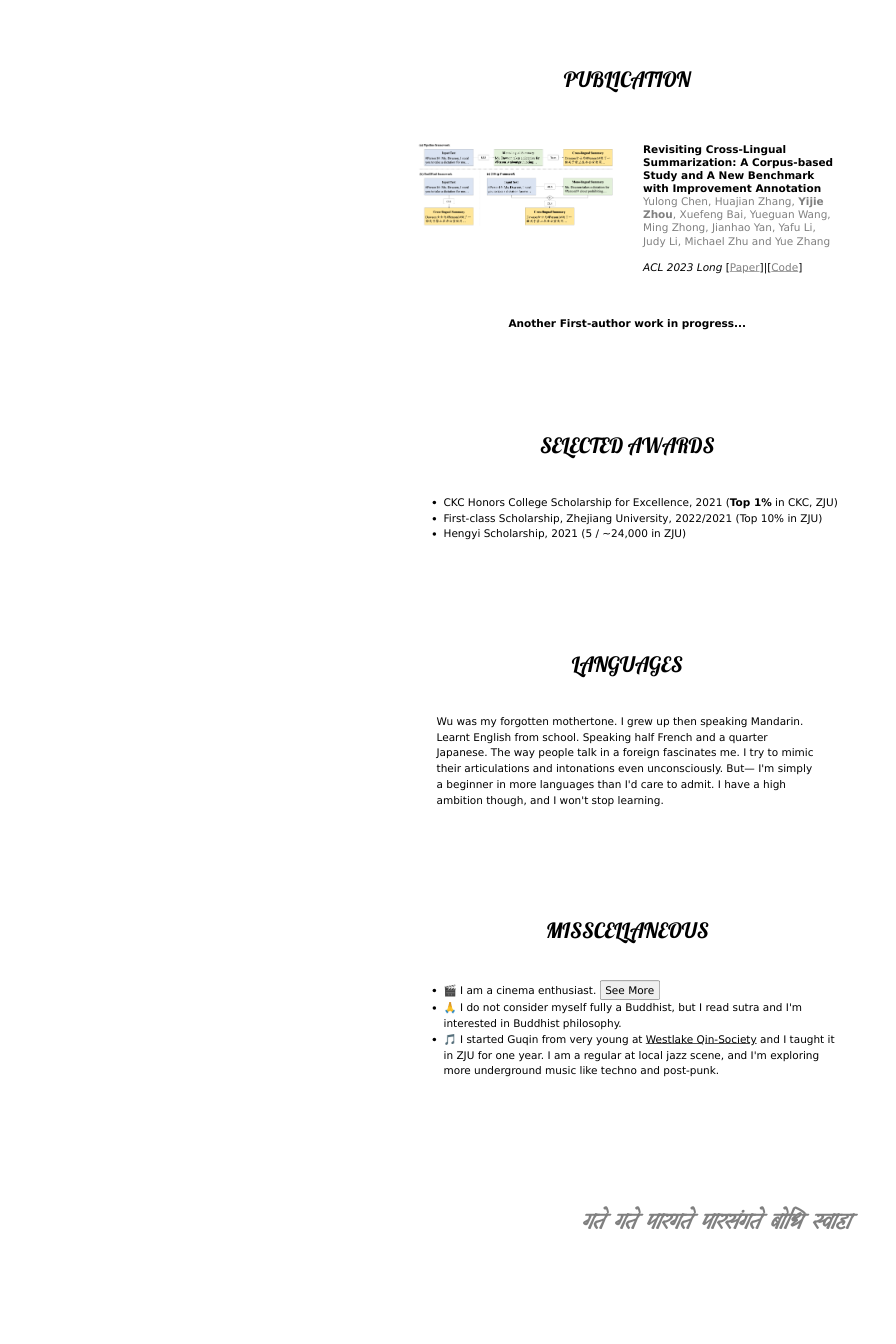
Repository: Ej-zhou/ej-zhou.github.io
Page: index.html
These files come from the project's save history. The page is drawn as it stood at one moment and after a run of saves; the edit follows.
The browser window is 1280 px wide. The pictures show the part of the page from y = 2788 to 4708 px (the page is 4708 px tall before and 4686 px after), at 70% of full size.
Some web fonts or font styles are not loaded; a fallback is used.

Above is the page before, as saved 2023-08-29 14:24:40.

### index.html
<!DOCTYPE html>
<html>
 <head>
  <script async="" src="https://www.googletagmanager.com/gtag/js?id=G-2YDZTJCJC2">
  </script>
  <script>
   window.dataLayer = window.dataLayer || [];
  function gtag(){dataLayer.push(arguments);}
  gtag('js', new Date());

  gtag('config', 'G-2YDZTJCJC2');
  </script>
  <title>
   Zhou, Ej
  </title>
  <meta charset="utf-8"/>
  <meta content="width=device-width, initial-scale=1" name="viewport"/>
  <link href="https://www.w3schools.com/w3css/4/w3.css" rel="stylesheet"/>
  <link href="https://fonts.googleapis.com/css?family=Lobster" rel="stylesheet"/>
  <link href="https://cdnjs.cloudflare.com/ajax/libs/font-awesome/4.7.0/css/font-awesome.min.css" rel="stylesheet"/>
  <link href="https://fonts.googleapis.com/css2?family=Noto+Sans+SC&amp;display=swap" rel="stylesheet"/>
  <link href="gstyles.css" rel="stylesheet"/>

 </head>
 <body>
  <div class="sidebar">

    <div class="img-container-change">
      <img src="pics/photo.jpeg" alt="Image 1">
  </div>



   <!-- <div class="horizontal-bar-left">
    <img alt="here should be a photo" height="200" src="pics/photo.jpeg" width="200"/>
    <img alt="here should be a photo" height="200" src="pics/buddha.png" width="200"/>
    <img alt="here should be a photo" height="200" src="pics/sh.png" width="200"/>
    <img alt="here should be a photo" height="200" src="pics/scaoe.png" width="200"/>
    <img alt="here should be a photo" height="200" src="pics/photo.jpeg" width="200"/>
    <img alt="here should be a photo" height="200" src="pics/buddha.png" width="200"/>
    <img alt="here should be a photo" height="200" src="pics/sh.png" width="200"/>
    <img alt="here should be a photo" height="200" src="pics/scaoe.png" width="200"/>
   </div>
   <div class="horizontal-bar-right">
    <img alt="here should be a photo" height="200" src="pics/yellow.png" width="200"/>
    <img alt="here should be a photo" height="200" src="pics/red.png" width="200"/>
    <img alt="here should be a photo" height="200" src="pics/voila.png" width="200"/>
    <img alt="here should be a photo" height="200" src="pics/girl.png" width="200"/>
    <img alt="here should be a photo" height="200" src="pics/yellow.png" width="200"/>
    <img alt="here should be a photo" height="200" src="pics/red.png" width="200"/>
    <img alt="here should be a photo" height="200" src="pics/voila.png" width="200"/>
    <img alt="here should be a photo" height="200" src="pics/girl.png" width="200"/>
   </div>
   <div class="horizontal-bar-left">
    <img alt="here should be a photo" height="200" src="pics/yaddha.png" width="200"/>
    <img alt="here should be a photo" height="200" src="pics/bureal.png" width="200"/>
    <img alt="here should be a photo" height="200" src="pics/gang.png" width="200"/>
    <img alt="here should be a photo" height="200" src="pics/scaoe.png" width="200"/>
    <img alt="here should be a photo" height="200" src="pics/yaddha.png" width="200"/>
    <img alt="here should be a photo" height="200" src="pics/bureal.png" width="200"/>
    <img alt="here should be a photo" height="200" src="pics/gang.png" width="200"/>
    <img alt="here should be a photo" height="200" src="pics/scaoe.png" width="200"/>

   </div>
   <div class="horizontal-bar-right">
    <img alt="here should be a photo" height="200" src="pics/sh.png" width="200"/>
    <img alt="here should be a photo" height="200" src="pics/scaoe.png" width="200"/>
    <img alt="here should be a photo" height="200" src="pics/photo.jpeg" width="200"/>
    <img alt="here should be a photo" height="200" src="pics/buddha.png" width="200"/>
    <img alt="here should be a photo" height="200" src="pics/sh.png" width="200"/>
    <img alt="here should be a photo" height="200" src="pics/scaoe.png" width="200"/>
    <img alt="here should be a photo" height="200" src="pics/photo.jpeg" width="200"/>
    <img alt="here should be a photo" height="200" src="pics/buddha.png" width="200"/>
   </div>
   <div class="horizontal-bar-left">
    <img alt="here should be a photo" height="200" src="pics/photo.jpeg" width="200"/>
    <img alt="here should be a photo" height="200" src="pics/buddha.png" width="200"/>
    <img alt="here should be a photo" height="200" src="pics/sh.png" width="200"/>
    <img alt="here should be a photo" height="200" src="pics/scaoe.png" width="200"/>
    <img alt="here should be a photo" height="200" src="pics/photo.jpeg" width="200"/>
    <img alt="here should be a photo" height="200" src="pics/buddha.png" width="200"/>
    <img alt="here should be a photo" height="200" src="pics/sh.png" width="200"/>
    <img alt="here should be a photo" height="200" src="pics/scaoe.png" width="200"/> -->
   </div>
  </div>
  <div class="w3-main w3-padding-large" style="margin-left:42%; margin-right: 2%;">
   <span class="w3-button w3-top w3-white w3-xxlarge w3-text-grey w3-hover-text-black" onclick="openNav()" style="width:auto;right:0;">
    <i class="fa fa-bars">
    </i>
   </span>
   <header class="w3-container w3-center" id="home" style="padding:128px 16px">
    <h1 class="w3-jumbo">
     <b>
      <span class="chinese">
       周逸杰
      </span>
     </b>
    </h1>
    <h1 class="w3-jumbo">
     <b>
      ZHOU, EJ
     </b>
     <span class="question-mark">
      ?
     </span>
     <span class="tooltip">
      My given name is
      <i>
       Yijie
      </i>
      , and my family name
      <i>
       Zhou
      </i>
      .
      <br/>
      <i>
       Ej
      </i>
      is my preferred name, and our family name comes first.
     </span>
    </h1>
    <p>
     <!-- Where shall I begin... -->
     <div class="row justify-content-center">
      <!-- Email -->
      <span onclick="window.open('mailto:e.j.zhou@zju.edu.cn')" style="cursor: pointer">
        <i class="fa fa-envelope-o" style="font-size:24px;color:grey"></i>
      </span>
      <span style="padding-left: 10px"></span>

      <!-- Twitter -->
      <!-- <span onclick="window.open('https://twitter.com/ej_2876')" style="cursor: pointer">
        <i class="fa fa-twitter" style="font-size:24px;color:grey"></i>
      </span>
      <span style="padding-left: 20px"></span> -->

      <!-- GitHub -->
      <span onclick="window.open('https://github.com/cyber-e-j')" style="cursor: pointer">
        <i class="fa fa-github" style="font-size:24px;color:grey"></i>
      </span>
      <span style="padding-left: 10px"></span>

      <!-- LinkedIn -->
      <span onclick="window.open('https://www.linkedin.com/in/ej-zhou-1600a7264/')" style="cursor: pointer">
        <i class="fa fa-linkedin" style="font-size:24px;color:grey"></i>
      </span>
      <span style="padding-left: 10px"></span>

      <span onclick="window.open('https://scholar.google.com/citations?authuser=1&amp;user=e8yGb7IAAAAJ')" style="cursor: pointer">
        <i class ="fa fa-graduation-cap" style="font-size:24px;color:grey"></i>
      </span>
      <span style="padding-left: 10px"></span>


      <!-- CV -->
      <span onclick="window.open('./CV.pdf')" style="cursor: pointer">
        <i class ="fa fa-file-text-o" style="font-size:24px;color:grey"></i>
      </span>

    </p>
    <div class="w3-content w3-justify w3-text-grey w3-padding-32" id="about">
     <h2>
      About
     </h2>
     <p>
      Hello! I am a senior undergraduate student at Zhejiang University majoring in Computer Science, and also an honored member of the <a href="http://ckc.zju.edu.cn/ckcen/">Chu Kochen Honors College</a>. During my undergraduate studies, I am very much grateful to be advised by <a href="https://frcchang.github.io">Prof. Yue Zhang</a> during my research intern at Westlake University, and I spent one semester as an exchange student in Cornell University, where I worked as a research assistant in <a href="https://twitter.com/CommCollabTech">CommCollabTech</a>.

      Currently I am doing a research internship in Yale University under the supervision of <a href="https://armancohan.com">Prof. Arman Cohan</a>.

      <br/><br/>
      I am broadly interested in artificial intelligence, linguistics and naturally natural language processing. My previous research experience includes cross-lingual summarization, multi-document summarization, and analysis of LLMs. I am open to explore everything related to AI especially in this time of LLMs. As a pseudo-polyglot, my off time is often spent on learning languages.

      <br/><br/>

      I will be studying in Oxford for my senior year. I am looking forward to meeting new friends and exploring new research opportunities there.
      <br/><br/>

     </p>

     <h3 class="w3-padding-16">
      <br/>
      <br/>
      <br/>
      <br/>
      <h1 class="w3-jumbo">
       <b>
        <div class="chinese-container">
          <span class="chinese">
              须菩提！于意云何？
          </span>
      </div>

      <div class="chinese-container">
        <span class="chinese">
          可以身相见如来不？
        </span>
    </div>
       </b>
      </h1>
      <p>
      </p>
     </h3>
    </div>
    <div class="w3-container w3-padding-64 w3-center">
     <h2>
      EDUCATION
     </h2>
     <table align="center" border="0" cellpadding="20" class="university-table">
      <tbody>
       <tr class="university-row">
        <td>
         <img class="university-logo" src="logo/6d8d432f-56ac-47eb-b22d-a23b103aed01.png"/>
        </td>
        <td>
         <b>
          Zhejiang University
         </b>
         <br/>
         2020 - 2024, Hangzhou, China
         <br/>
         <br/>
         <i>
          B.Eng.(Honours) in Computer Science
         </i>
         <br/>
         Grade: 3.99 / 4
        </td>
       </tr>
       <tr class="university-row">
        <td>
         <img alt="Cornell University Seal" class="university-logo" src="logo/cornell_seal_simple_web/cornell_seal_simple_web_b31b1b.svg">
         </img>
        </td>
        <td>
         <b>
          Cornell University
         </b>
         <br/>
         Jan 2023 - Jun 2023, Ithaca, NY, U.S.A
         <br/>
         <br/>
         <i>
          Exchange Student
         </i>
         <br/>
         Grade: 4.082 / 4.3
         <br/>
        </td>
       </tr>
      </tbody>
     </table>
    </div>

    <div class="w3-container w3-padding-64 w3-center">
      <h2>
       EXPERIENCE
      </h2>
      <table align="center" border="0" cellpadding="20" class="university-table">
       <tbody>
        <tr class="university-row">
         <td>
          <img class="university-logo" src="logo/yale-icons/touch-icon-228.png"/>
         </td>
         <td>
          <b>
           Yale University
          </b>
          <br/>
          Apr 2023 - Oct 2023, New Haven, CT, U.S.A
          <br/>
          <br/>
          <i>
           Research Intern
          </i>
          <br/>
          Yale NLP
         </td>
        </tr>
        <tr class="university-row">
         <td>
          <img alt="Cornell University Seal" class="university-logo" src="logo/cornell_seal_simple_web/cornell_seal_simple_web_b31b1b.svg">
          </img>
         </td>
         <td>
          <b>
           Cornell University
          </b>
          <br/>

          Jan 2023 - Jun 2023, Ithaca, NY, U.S.A
          <br/>
          <br/>
          <i>
           Research Assistant,
          </i>
          <a href="https://twitter.com/CommCollabTech">CommCollabTech Lab</a>
          <br/>

          <i>
            Member,
          </i>
          <a href="https://cornell.campusgroups.com/lep/home/">Cornell Language Expansion Program</a>
         </td>
        </tr>
        <tr class="university-row">
         <td>
          <img class="university-logo" src="https://en.westlake.edu.cn/about/Resources/202101/W020210111665247201170.png"/>
         </td>
         <td>
          <b>
           Westlake University
          </b>
          <br/>
          Sept 2022 - Jan 2023, Hangzhou, China
          <br/>
          <br/>
          <i>
           Research Intern
          </i>
          <br/>
          Westlake NLP
         </td>
        </tr>
        <tr class="university-row">
          <td>
           <img class="university-logo" src="logo/6d8d432f-56ac-47eb-b22d-a23b103aed01.png"/>
          </td>
          <td>
           <b>
            Zhejiang University
           </b>
           <br/>
           2020 - 2024, Hangzhou, China
           <br/>
           <br/>
           <br/>
          </td>
         </tr>
       </tbody>
      </table>
     </div>
    <div class="w3-container w3-padding-64 w3-center">
     <h2>
      PUBLICATION
     </h2>
     <br/>
     <table width="100%">
      <!--TIVEE-->

      <!-- Empty row for spacing -->
      <tr>
        <td height="30"></td>
      </tr>
      <tr>
        <td width="30%" valign="top" style="text-align: left; padding-right: 20px;">
          <img src="./pics/pipeline.png" width="280" alt="LGM" style="border-style: none; vertical-align: top;">
        </td>
        <td width="70%" valign="top" style="text-align: left; padding-left: 20px;">
          <p style="margin-top: 0px; margin-bottom: 3px; line-height: 1.25;">
            <b>Revisiting Cross-Lingual Summarization: A Corpus-based Study and A New Benchmark with Improvement Annotation</b>
            <br>
            <a style="color:gray">
            Yulong Chen, Huajian Zhang, <b>Yijie Zhou</b>, Xuefeng Bai, Yueguan Wang, Ming Zhong, Jianhao Yan, Yafu Li, Judy Li, Michael Zhu and Yue Zhang<br></a>
            <br/>
            <i>ACL 2023 Long </i>
            [<a href="https://arxiv.org/abs/2307.04018" style="color: gray;">Paper</a>]|[<a href="https://github.com/cylnlp/ConvSumX" style="color: gray;">Code</a>]&nbsp;
          </p>
        </td>
      </tr>
      <tr>
        <td height="50"></td>
      </tr>

    <!-- <tbody style="margin-top: 100px;"> -->
      <tr>
        <td colspan="2" style="text-align: center;">
          <b>Another First-author work in progress...</b>
        </td>
      </tr>
    <!-- </tbody> -->

    </table>



    </div>


<!--

    <div class="w3-container w3-padding-64 w3-center">
     <h2>
      SELECTED COURSE-WORKS
     </h2>
     <p>
      Parallel Computing and Neural Networks
     </p>
     <p>
      Jul 2021 - Aug 2021
     </p>
     <p>
      Coursework for Integrate Practice for Courses I: Supercomputing; score 97/100
     </p>
     <p>
      Enhanced GEMM performance by over 100x using OpenMP and MPI on a computing cluster.
     </p>
     <p>
      Developed a CNN from scratch using PyTorch for handwriting recognition and object recognition.
     </p>
     <p>
      Mini-SQL GitHub
     </p>
     <p>
      May 2022 - Jun 2022
     </p>
     <p>
      Coursework for Database System; score 98/100
     </p>
     <p>
      Developed a compact single-user SQL engine (DBMS) supporting fundamental database operations and implemented an index-manager for record handling using a custom-designed B+-tree data structure.
     </p>
     <p>
      Socket and Web-server
     </p>
     <p>
      Oct 2022 - Dec 2022
     </p>
     <p>
      Coursework for Computer Network; score 96/100
     </p>
     <p>
      Developed a custom TCP-based communication protocol.
     </p>
     <p>
      Constructed a lightweight web server capable of parsing HTTP protocol and accepting browser access without relying on any pre-built libraries.
     </p>
    </div>

    <div class="w3-container w3-padding-64 w3-center">
     <h2>
      LANGUAGES
     </h2>
     <p>
      Mandarin: Native mastery
     </p>
     <p>
      Wu-Chinese: Native in oral speech
     </p>
     <p>
      English: Proficient, TOEFL 110/120
     </p>
     <p>
      French: Fluent, TFU 84/100
     </p>
     <p>
      <span class="japanese">
       日本語: Intermediate reading-comprehension, basic conversation
      </span>
     </p>
     <p>
      Beginner level in Cantonese and Spanish
     </p>
    </div>

  -->


    <div class="w3-container w3-padding-64 w3-center">

        <h2>SELECTED AWARDS</h2>
        <br/>
        <ul style="text-align: left;">
          <li>CKC Honors College Scholarship for Excellence, 2021 (<b>Top 1%</b> in CKC, ZJU)</li>
          <li>First-class Scholarship, Zhejiang University, 2022/2021 (Top 10% in ZJU)</li>
          <li>Hengyi Scholarship, 2021 (5 / ~24,000 in ZJU)</li>
        </ul>
      </div>


    <div class="w3-container w3-padding-64 w3-center">

      <h2>LANGUAGES</h2>
      <br/>
      <p style="text-align: left; padding-left: 30px; padding-right: 30px;">
      Wu was my forgotten mothertone. I grew up then speaking Mandarin. Learnt English from school.
      Speaking half French and a quarter Japanese. The way people talk in a foreign fascinates me.  I try to mimic their articulations and intonations even unconsciously.
      But— I'm simply a beginner in more languages than I'd care to admit. I have a high ambition though, and I won't stop learning.
      </p>
      <!-- <ul style="text-align: left;">
        <li>CKC Honors College Scholarship for Excellence, 2021 (<b>Top 1%</b> in CKC, ZJU)</li>
        <li>First-class Scholarship, Zhejiang University, 2022/2021 (Top 10% in ZJU)</li>
        <li>Hengyi Scholarship, 2021 (5 / ~24,000 in ZJU)</li>
      </ul> -->
    </div>


      <div class="w3-container w3-padding-64 w3-center">
        <h2>
         MISSCELLANEOUS
        </h2>
        <br/>

        <ul style="text-align: left;">
          <li>🎬 I am a cinema enthusiast.
            <button id="revealButton">See More</button>
            <div id="hiddenContent" style="display: none;">
              <br/>
              <div style="display: flex;">
                <!-- Image -->
                <img id="hiddenImage" src="pics/IMG_4754.JPG" alt="Description" style="height: 200px; padding-left: 25px;">

                <!-- Description -->
                <div style="padding-left: 20px; padding-right: 80px;">
                  <ul style="min-height: 150px; display: flex; flex-direction: column; justify-content: space-between;">
                    <li style="padding-bottom: 15px;"> This May I was in the <a href="https://www.festival-cannes.com">76E FESTIVAL DE CANNES</a>. Really enjoyed <i style="color: grey;">Il sol dell'avvenire</i>, <i style="color: grey;">The Zone of Interest</i> and <i style="color: grey;">青春</i>.</li>
                    <li style="padding-bottom: 15px;"> I had participated in the production of some student films.</li>
                    <li> The most influential movie to me was <i style="color: grey;">Holy Motors</i> by Leos Carax.</li>
                  </ul>
                </div>
              </div>


              <br/>

            </div>
          </li>




          <li>🙏 I do not consider myself fully a Buddhist, but I read sutra and I'm interested in Buddhist philosophy.

          <li>🎵 I started Guqin from very young at <a href="http://www.xihuqinshe.com" target="_blank">Westlake Qin-Society</a>
            and I taught it in ZJU for one year. I am a regular at local jazz scene, and I'm exploring more underground music like techno and post-punk.
        </ul>
       </div>


    <br/>
    <br/>
    <br/>
    <br/>
    <b>
     <span class="sanskrit">
      गते गते पारगते पारसंगते बोधि स्वाहा
      <br/>
     </span>
    </b>
    <!-- <footer class="w3-container w3-padding-64 w3-light-grey w3-center w3-opacity w3-xlarge" style="padding: 100px; background-color: lightgrey;">
     <a href="https://twitter.com/ej_2876" target="_blank">
      <i class="fa fa-twitter w3-hover-opacity">
      </i>
     </a>
     <a href="https://github.com/cyber-e-j" target="_blank">
      <i class="fa fa-github w3-hover-opacity">
      </i>
     </a>
     <a href="https://www.linkedin.com/in/ej-zhou-1600a7264/" target="_blank">
      <i class="fa fa-linkedin w3-hover-opacity">
      </i>
     </a>
     <a href="https://scholar.google.com/citations?authuser=1&amp;user=e8yGb7IAAAAJ" target="_blank">
      <img alt="google-scholar" class="w3-hover-opacity" height="24" src="https://img.icons8.com/material-two-tone/384/google-scholar.png" width="24"/>
     </a>
     <p class="w3-small" style="margin: 0;">
     </p>
    </footer> -->
   </header>
  </div>
 </body>
</html>
<script>
 const questionMark = document.querySelector('.question-mark');
    const tooltip = document.querySelector('.tooltip');

    questionMark.addEventListener('mouseover', () => {
      tooltip.style.display = 'inline-block';
    });

    questionMark.addEventListener('mouseout', () => {
      tooltip.style.display = 'none';
    });

    // Optional: If you want to hide the tooltip when the mouse moves away from it, add the following code
    tooltip.addEventListener('mouseout', () => {
      tooltip.style.display = 'none';
    });

    document.getElementById("revealButton").addEventListener("click", function() {
    const hiddenContent = document.getElementById("hiddenContent");
    const button = document.getElementById("revealButton");

    if (hiddenContent.style.display === "none") {
      hiddenContent.style.display = "block";
      button.innerHTML = "Hide";
    } else {
      hiddenContent.style.display = "none";
      button.innerHTML = "See More";
    }
  });


    const imgContainer = document.querySelector(".img-container-change");
        const images = ["pics/photo.jpeg","pics/dark.png", "pics/syn.png" , "pics/stone.png","pics/night.png", "pics/girl.png", "pics/voila.png",
            "pics/red.png", "pics/yellow.png", "pics/buddha.png", "pics/sh.png", "pics/scaoe.png", "pics/yaddha.png", "pics/bureal.png", "pics/gang.png"

      ]; // Add more image URLs as needed
        let currentIndex = 0;

        function changeImage() {
            currentIndex = (currentIndex + 1) % images.length;
            imgContainer.querySelector("img").src = images[currentIndex];
            // imgContainer.querySelector("img").style.transform = "scale(1.2)"; // Optional animation effect
            // setTimeout(() => {
            //     imgContainer.querySelector("img").style.transform = "scale(1)";
            // }, 500); // Animation duration (in milliseconds)
        }

        setInterval(changeImage, 3000); // Change image every 3 seconds (adjust as needed)
</script>

Loaded but not shown: gstyles.css (221 lines, source omitted)

After the next 2 saves:
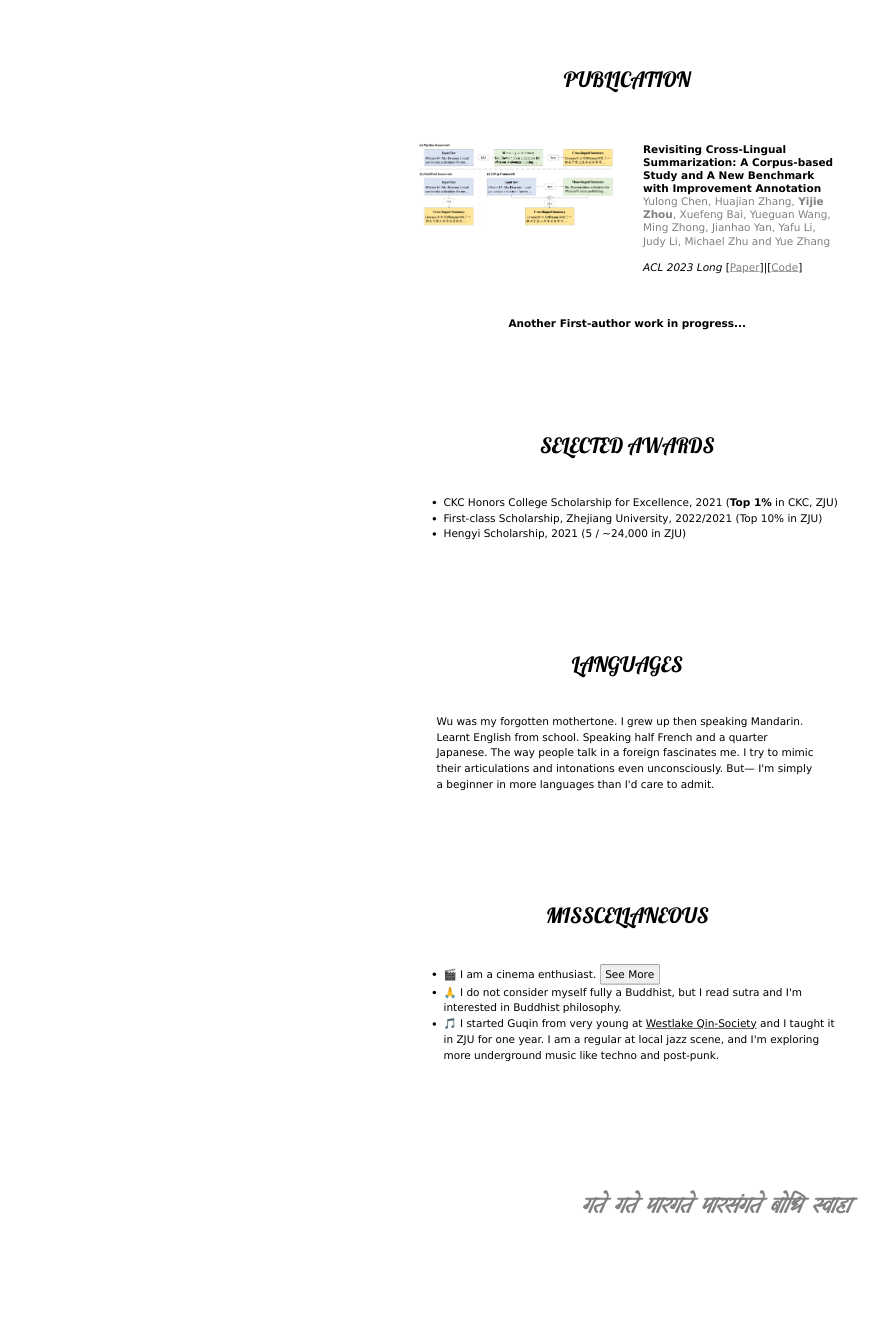
The 2 saves are shown as one change because they came seconds apart.
The last was saved 8 s later.
--- a/index.html
+++ b/index.html
@@ -485,7 +485,7 @@
       <p style="text-align: left; padding-left: 30px; padding-right: 30px;">
       Wu was my forgotten mothertone. I grew up then speaking Mandarin. Learnt English from school.
       Speaking half French and a quarter Japanese. The way people talk in a foreign fascinates me.  I try to mimic their articulations and intonations even unconsciously.
-      But— I'm simply a beginner in more languages than I'd care to admit. I have a high ambition though, and I won't stop learning.
+      But— I'm simply a beginner in more languages than I'd care to admit.
       </p>
       <!-- <ul style="text-align: left;">
         <li>CKC Honors College Scholarship for Excellence, 2021 (<b>Top 1%</b> in CKC, ZJU)</li>
